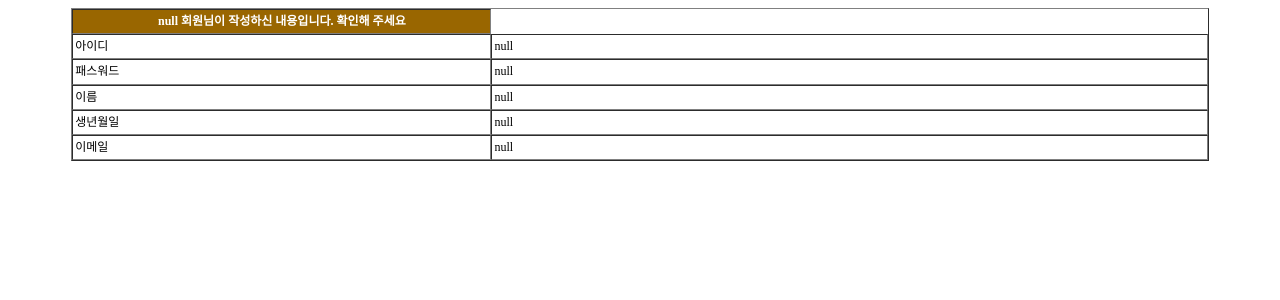
Repository: kimwoongasd/JSPAndServlet
Page: http://localhost/day1226/memberProc.jsp
The author's editor kept a copy of each file at every save. The page is drawn from the files as they stood at one save, then again after the next save.
The browser window is 1280 px wide. The pictures show the whole page.
The page is served by Tomcat 9. Other server files are loaded and not shown.

Above is the page before, as saved 2023-12-26 02:09:26.

### day1226/src/main/webapp/memberProc.jsp
<%@ page language="java" contentType="text/html; charset=UTF-8"
    pageEncoding="UTF-8"%>
<!DOCTYPE html>
<html>
<head>
<meta charset="UTF-8">
<title>Insert title here</title>
<link rel="stylesheet" href="style.css">
</head>
<body>
	<%
		request.setCharacterEncoding("UTF-8");
	%>
	<!-- usebean을 이용 -->
	<jsp:useBean id="regBean" class="com.sist.vo.MemberBean"/>
	<!-- property="*" 사용자가 입력한 모든 속성정보 가져옴
		name과 memberbean이 같아야함
	-->
	<jsp:setProperty property="*" name="regBean"/>

	<table width="80%" align="center" cellpadding="5" cellspacing="0">
		<tr align="center" valign="middle" bgcolor="#ffffcc">
			<table border="1" width="90%" cellpadding="2" cellspacing="0" align="center">
				<form name="regForm" method="post" action="memberInsert.jsp">
					<tr align="center" bgcolor="#996600">
						<td colspan>
							<font color="#ffffff">
								<b>
									<jsp:getProperty property="name" name="regBean"/>
									회원님이 작성하신 내용입니다. 확인해 주세요
								</b>
							</font>
						</td>
					</tr>
					<tr>
						<td width=24%>아이디</td>
						<td width=41%>
							<jsp:getProperty property="id" name="regBean"/>
						</td>
					</tr>

					<tr>
						<td>패스워드</td>
						<td width=41%>
							<jsp:getProperty property="pwd" name="regBean"/>
						</td>
					</tr>

					<tr>
						<td>이름</td>
						<td width=41%>
							<jsp:getProperty property="name" name="regBean"/>
						</td>
					</tr>

					<tr>
						<td>생년월일</td>
						<td width=41%>
							<jsp:getProperty property="birth" name="regBean"/>
						</td>
					</tr>

					<tr>
						<td>이메일</td>
						<td width=41%>
							<jsp:getProperty property="email" name="regBean"/>
						</td>
					</tr>
				</form>
			</table>
		</tr>
	</table>
</body>
</html>

### day1226/src/main/java/com/sist/vo/MemberBean.java
package com.sist.vo;

public class MemberBean {
	// bean은 객체를 의미한다
	// usebean은 기본생성자가 제공된다
	// usebean은 기본생성자가 제공되므로 매개변수가 있는 생성자를 만들면 오류가 발생
	// 해결하기 위해서는 기본생성자 포함 생성자를 만들어야한다
	private String id;
	private String pwd;
	private String name;
	private String birth;
	private String email;
	public String getId() {
		return id;
	}
	public void setId(String id) {
		System.out.println("id 동작");
		this.id = id;
	}
	public String getPwd() {
		return pwd;
	}
	public void setPwd(String pwd) {
		System.out.println("비번 동작");
		this.pwd = pwd;
	}
	public String getName() {
		return name;
	}
	public void setName(String name) {
		System.out.println("이름 동작");
		this.name = name;
	}
	public String getBirth() {
		return birth;
	}
	public void setBirth(String birth) {
		System.out.println("생일 동작");
		this.birth = birth;
	}
	public String getEmail() {
		return email;
	}
	public void setEmail(String email) {
		System.out.println("이메일 동작");
		this.email = email;
	}
	public MemberBean(String id, String pwd, String name, String birth, String email) {
		super();
		this.id = id;
		this.pwd = pwd;
		this.name = name;
		this.birth = birth;
		this.email = email;
	}
	public MemberBean() {
		super();
		// TODO Auto-generated constructor stub
	}

}

### day1226/src/main/webapp/style.css
body{
	font-size: 9pt;
	color: black;
	line-height: 160%;
	font-family: 굴림;
}

td{
	font-size: 9pt;
	color: black;
	line-height: 160%;
	font-family: 굴림;
}

select{
	font-size: 9pt;
	color: black;
	line-height: 160%;
	font-family: 굴림;
}

div{
	font-size: 9pt;
	color: black;
	line-height: 160%;
	font-family: 굴림;
}

form{
	font-size: 9pt;
	color: black;
	line-height: 160%;
	font-family: 굴림;
}

textarea{
	border-right: 1px solid #999999;
	border-top: 1px solid #999999;
	border-left: 1px solid #999999;
	border-bottom: 1px solid #999999;
	font-size: 9pt;
	font-family: 굴림;
	background-color: white;
}

input{
	border-right: 1px solid #999999;
	border-top: 1px solid #999999;
	border-left: 1px solid #999999;
	border-bottom: 1px solid #999999;
	font-size: 9pt;
	font-family: 굴림;
	background-color: white;
	height: 19px;
}

a:link{
	text-decoration: none;
	color: #696969;
}

a:hover{
	text-decoration: yes;
	color: #66ccff;
}

a:visited{
	text-decoration: none;
	color: #330066;
}

After the next save:
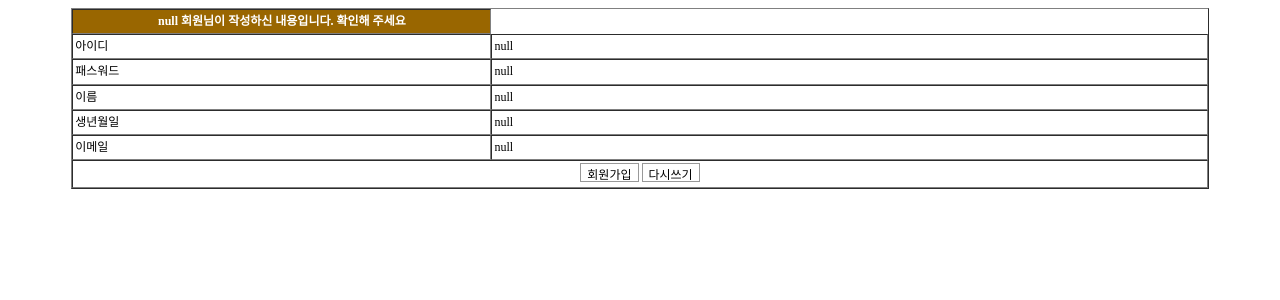
Saved 3 min 38 s later.
--- a/day1226/src/main/webapp/memberProc.jsp
+++ b/day1226/src/main/webapp/memberProc.jsp
@@ -66,6 +66,14 @@
 							<jsp:getProperty property="email" name="regBean"/>
 						</td>
 					</tr>
+
+
+					<tr>
+							<td colspan="3" align="center">
+								<input type="submit" value="회원가입">
+								<input type="reset" value="다시쓰기">
+							</td>
+						</tr>
 				</form>
 			</table>
 		</tr>
